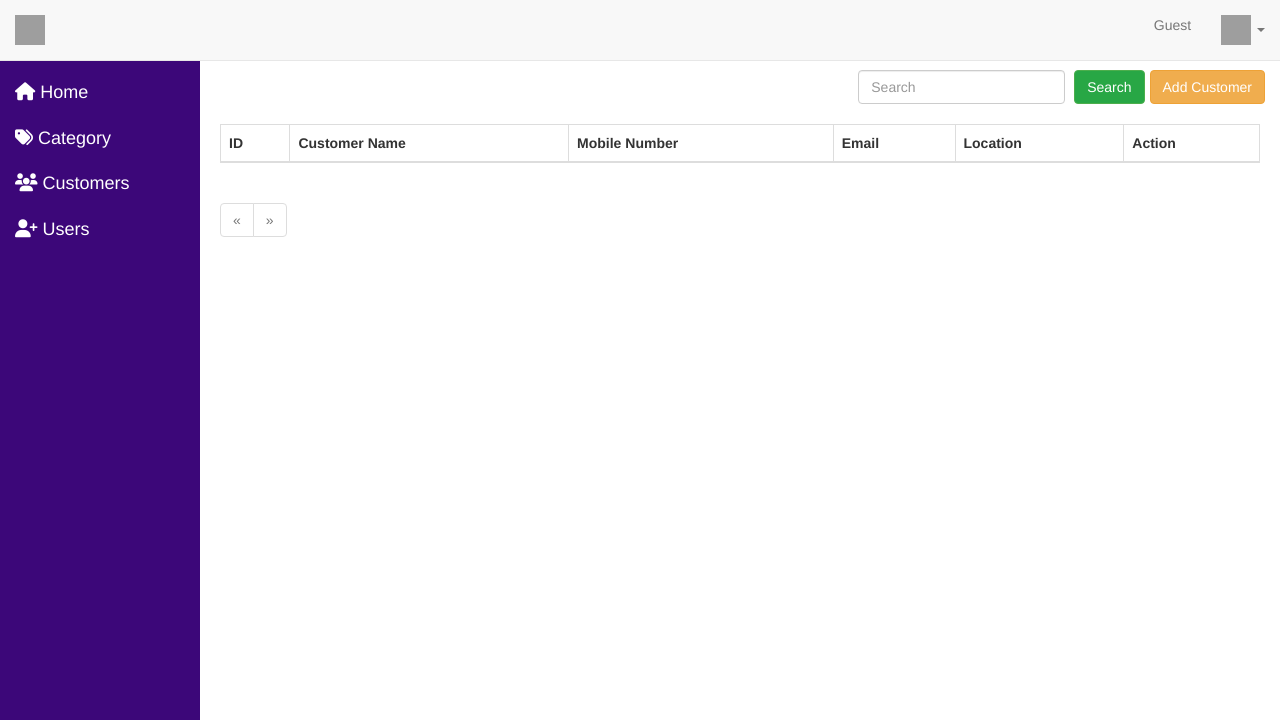
Repository: Nireshkumar24/CRM
Page: http://localhost/adduser
The author's editor kept a copy of each file at every save. The page is drawn from the files as they stood at one save, then again after the next save.
The browser window is 1280 px wide. The pictures show the whole page.
Pictures or frames that could not be fetched are drawn as grey boxes. The page is served by the project's application, run on Flask 3 (app.py). Queries for data that is not in the repository find no rows.

Above is the page before, as saved 2024-05-23 11:06:22.
Console error: ReferenceError: $ is not defined

After the next save:
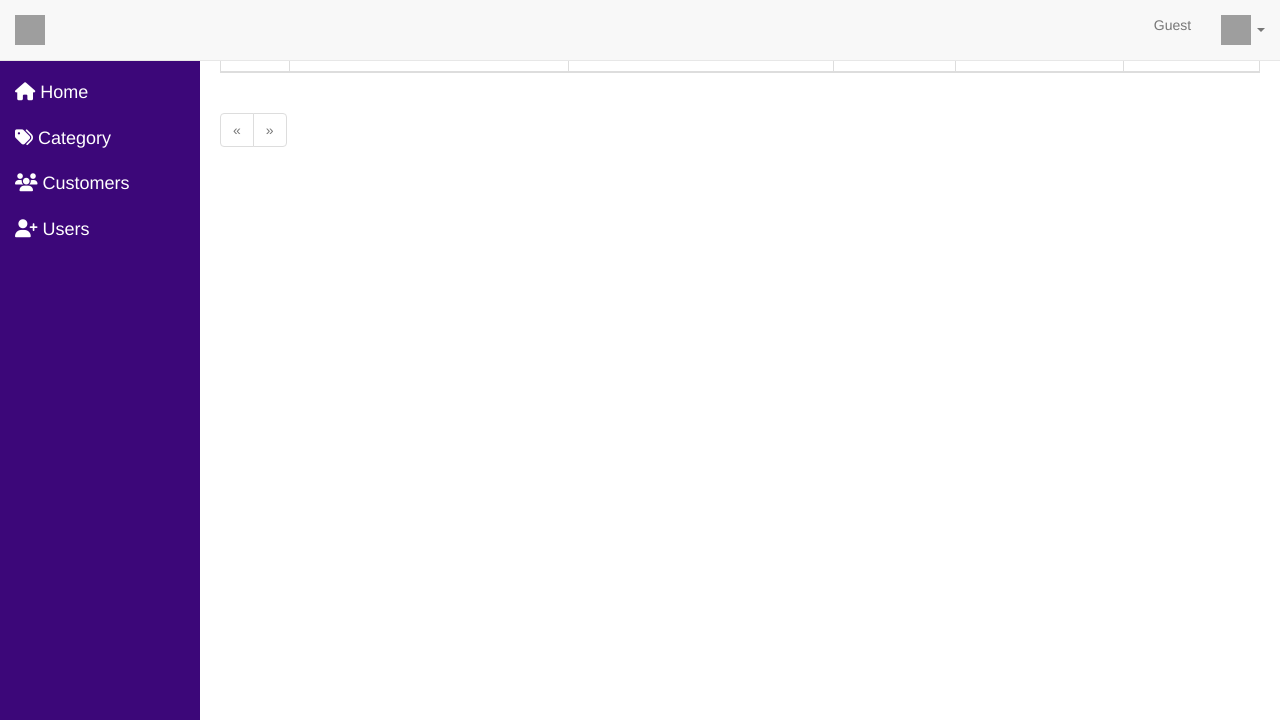
Saved 3 min 46 s later.
--- a/templates/adduser.html
+++ b/templates/adduser.html
@@ -258,57 +258,49 @@
             }
         }
 
-        @media (max-width: 768px) {
-            #searchForm {
-                display: flex;
-                align-items: center;
-                justify-content: flex-start;
-
-                flex-wrap: nowrap;
-                padding-left: 500px;
-            }
-
-            #searchForm .form-control,
-            #searchForm .btn,
-            #searchForm select {
-                margin: 0 5px;
-                flex-grow: 0;
-                flex-shrink: 0;
-                width: auto;
-
-            }
-
-            #searchForm input[type="search"],
-            #searchForm select {
-                max-width: 120px;
-            }
-
-            #searchForm .form-control,
-            #searchForm .btn {
-                padding: 6px 12px;
-                font-size: 12px;
-            }
-
-            #searchForm .btn-secondary {
-                padding: 6px 6px;
-                font-size: 12px;
-            }
-
-            #searchForm .btn-secondary .text {
-                display: none;
-            }
-
-            #searchForm .btn-secondary:before {
-                content: "\2715";
-                display: inline-block;
-            }
+        #searchForm {
+            display: flex;
+            align-items: center;
+            justify-content: flex-start;
+            flex-wrap: nowrap;
+        }
+
+        #searchForm .form-control,
+        #searchForm .btn,
+        #searchForm select {
+            margin: 0 5px;
+            flex-grow: 0;
+            flex-shrink: 0;
+            width: auto;
+        }
+
+        #searchForm input[type="search"],
+        #searchForm select {
+            max-width: 120px;
+        }
+
+        #searchForm .form-control,
+        #searchForm .btn {
+            padding: 6px 12px;
+            font-size: 12px;
+        }
+
+        #searchForm .btn-secondary {
+            padding: 6px 6px;
+            font-size: 12px;
+        }
+
+        #searchForm .btn-secondary .text {
+            display: none;
+        }
+
+        #searchForm .btn-secondary:before {
+            content: "\2715";
+            display: inline-block;
         }
 
         .btn-success {
             background-color: #28a745;
-        }
-
-
         }
     </style>
     </style>
@@ -348,7 +340,7 @@
             </div>
         </div>
     </nav>
-    <div class="container-fluid" style="padding-top: 70px;">
+    <!-- <div class="container-fluid" style="padding-top: 70px;">
         <div class="row">
             <div class="col-md-12" id="search-and-add">
                 <form class="form-inline text-right" action="/search_user" method="post">
@@ -361,6 +353,17 @@
                     </button>
                 </form>
             </div>
+        </div>
+    </div> -->
+    <div class="col-md-12" id="search-and-add">
+        <div class="search-container">
+            <form class="form-inline text-right" action="/search_user" method="post">
+                <input type="search" class="form-control" placeholder="Search" name="search">
+                <button type="submit" class="btn btn-success">Search</button>
+                <button type="button" class="btn btn-warning" data-toggle="modal" data-target="#addCategoryModal">
+                    Add Customer
+                </button>
+            </form>
         </div>
     </div>
 
